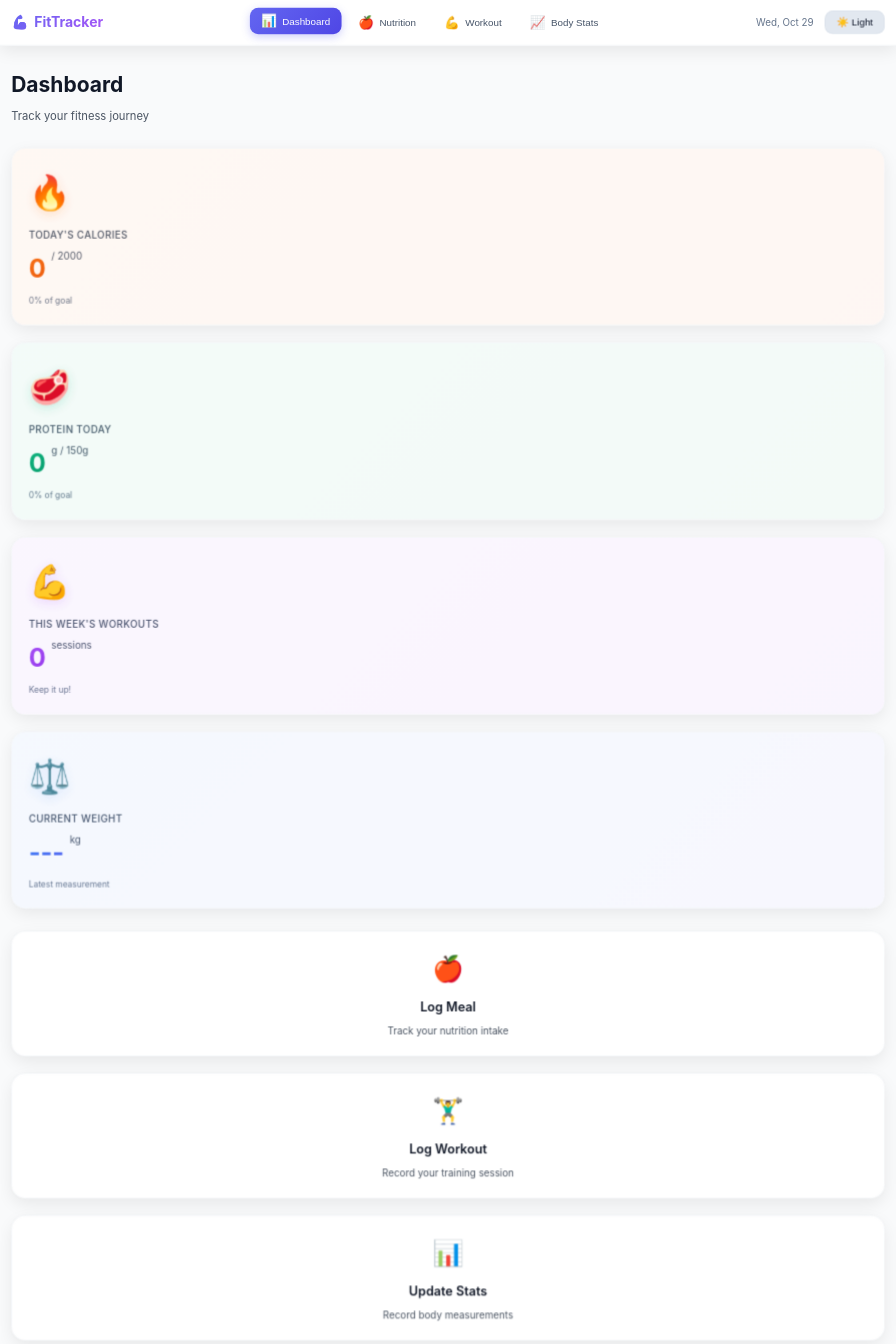
Repository: Apoorv888/Fitness-App
Page: /
An editor plug-in stored every save of this project. The page is shown before and after the next save, followed by the edit.
The browser window is 1280 px wide. The pictures show the part of the page from y = 0 to 1920 px (the page is 2963 px tall before and 3033 px after), at 70% of full size.
Backgrounds fixed to the window are drawn as part of the page. The project was rebuilt for these pictures with package versions that can differ from the ones it lists, and the page was loaded fresh each time. Also part of the build but not shown: vite.config.ts, src/components/MealForm.tsx, src/components/MealList.tsx, src/components/GoalsForm.tsx, src/components/NutritionCharts.tsx, src/pages/Nutrition.tsx, src/components/WorkoutForm.tsx, src/components/WorkoutList.tsx and 9 more.

Above is the page before, as saved 2025-10-31 19:55:39.

### index.html
<!doctype html>
<html lang="en">
  <head>
    <meta charset="UTF-8" />
    <link rel="icon" type="image/svg+xml" href="/vite.svg" />
    <meta name="viewport" content="width=device-width, initial-scale=1.0" />
    <title>fitness-app</title>
  </head>
  <body>
    <div id="root"></div>
    <script type="module" src="/src/main.tsx"></script>
  </body>
</html>

### src/main.tsx
import { StrictMode, useEffect } from 'react'
import { createRoot } from 'react-dom/client'
import './index.css'
import App from './App.tsx'
import { useMealStore } from './store/mealStore'
import { useWorkoutStore } from './store/workoutStore'
import { useBodyStatsStore } from './store/bodyStatsStore'
import { useGoalsStore } from './store/goalsStore'

function Boot() {
  const { loadMeals } = useMealStore();
  const { loadWorkouts } = useWorkoutStore();
  const { loadBodyStats } = useBodyStatsStore();
  const { loadGoals } = useGoalsStore();

  useEffect(() => {
    loadMeals();
    loadWorkouts();
    loadBodyStats();
    loadGoals();
  }, []);

  return <App />;
}

createRoot(document.getElementById('root')!).render(
  <StrictMode>
    <Boot />
  </StrictMode>,
)

### src/App.tsx
import React, { useState } from 'react';
import { Navbar } from './components/Navbar';
import { Dashboard } from './pages/Dashboard';
import { Nutrition } from './pages/Nutrition';
import { Workout } from './pages/Workout';
import { BodyStats } from './pages/BodyStats';
import './App.css';

function App() {
  const [activeTab, setActiveTab] = useState('dashboard');

  // Listen for external navigation requests (CustomEvent 'request-nav')
  React.useEffect(() => {
    const handler = (e: any) => {
      const tab = e?.detail?.tab;
      if (tab) setActiveTab(tab);
    };
    window.addEventListener('request-nav', handler as EventListener);
    return () => window.removeEventListener('request-nav', handler as EventListener);
  }, []);

  const renderActiveTab = () => {
    switch (activeTab) {
      case 'dashboard':
        return <Dashboard />;
      case 'nutrition':
        return <Nutrition />;
      case 'workout':
        return <Workout />;
      case 'stats':
        return <BodyStats />;
      default:
        return <Dashboard />;
    }
  };

  return (
    <div className="min-h-screen bg-gray-50">
      <Navbar activeTab={activeTab} onTabChange={setActiveTab} />
      <main>
        {renderActiveTab()}
      </main>
    </div>
  );
}

export default App;

### src/store/mealStore.ts
import { create } from 'zustand';
import { v4 as uuidv4 } from 'uuid';
import type { Meal } from '../types';
import { saveToStorage, loadFromStorage } from '../utils/helpers';
import { STORAGE_KEYS } from '../utils/constants';

interface MealStore {
  meals: Meal[];
  addMeal: (meal: Omit<Meal, 'id' | 'createdAt'>) => void;
  deleteMeal: (id: string) => void;
  updateMeal: (id: string, updates: Partial<Meal>) => void;
  getMealsByDate: (date: string) => Meal[];
  getTodayMacros: () => { calories: number; protein: number; carbs: number; fat: number };
  loadMeals: () => void;
}

export const useMealStore = create<MealStore>((set, get) => ({
  meals: [],

  addMeal: (mealData) => {
    const newMeal: Meal = {
      ...mealData,
      id: uuidv4(),
      createdAt: new Date(),
    };

    const updatedMeals = [...get().meals, newMeal];
    set({ meals: updatedMeals });
    saveToStorage(STORAGE_KEYS.MEALS, updatedMeals);
  },

  deleteMeal: (id) => {
    const updatedMeals = get().meals.filter(meal => meal.id !== id);
    set({ meals: updatedMeals });
    saveToStorage(STORAGE_KEYS.MEALS, updatedMeals);
  },

  updateMeal: (id, updates) => {
    const updatedMeals = get().meals.map(meal =>
      meal.id === id ? { ...meal, ...updates } : meal
    );
    set({ meals: updatedMeals });
    saveToStorage(STORAGE_KEYS.MEALS, updatedMeals);
  },

  getMealsByDate: (date) => {
    return get().meals.filter(meal => meal.date === date);
  },

  getTodayMacros: () => {
    const today = new Date().toISOString().split('T')[0];
    const todayMeals = get().getMealsByDate(today);

    return todayMeals.reduce(
      (totals, meal) => ({
        calories: totals.calories + meal.calories,
        protein: totals.protein + meal.protein,
        carbs: totals.carbs + meal.carbs,
        fat: totals.fat + meal.fat,
      }),
      { calories: 0, protein: 0, carbs: 0, fat: 0 }
    );
  },

  loadMeals: () => {
    const storedMeals = loadFromStorage(STORAGE_KEYS.MEALS);
    if (storedMeals) {
      set({ meals: storedMeals });
    }
  },
}));

### src/store/workoutStore.ts
import { create } from 'zustand';
import { v4 as uuidv4 } from 'uuid';
import type { Workout } from '../types';
import { saveToStorage, loadFromStorage } from '../utils/helpers';
import { STORAGE_KEYS } from '../utils/constants';

interface WorkoutStore {
  workouts: Workout[];
  addWorkout: (workout: Omit<Workout, 'id' | 'createdAt'>) => void;
  deleteWorkout: (id: string) => void;
  updateWorkout: (id: string, updates: Partial<Workout>) => void;
  getWorkoutsByDate: (date: string) => Workout[];
  getWorkoutsByWeek: (startDate: string) => Workout[];
  loadWorkouts: () => void;
}

export const useWorkoutStore = create<WorkoutStore>((set, get) => ({
  workouts: [],

  addWorkout: (workoutData) => {
    const newWorkout: Workout = {
      ...workoutData,
      id: uuidv4(),
      createdAt: new Date(),
    };

    const updatedWorkouts = [...get().workouts, newWorkout];
    set({ workouts: updatedWorkouts });
    saveToStorage(STORAGE_KEYS.WORKOUTS, updatedWorkouts);
  },

  deleteWorkout: (id) => {
    const updatedWorkouts = get().workouts.filter(workout => workout.id !== id);
    set({ workouts: updatedWorkouts });
    saveToStorage(STORAGE_KEYS.WORKOUTS, updatedWorkouts);
  },

  updateWorkout: (id, updates) => {
    const updatedWorkouts = get().workouts.map(workout =>
      workout.id === id ? { ...workout, ...updates } : workout
    );
    set({ workouts: updatedWorkouts });
    saveToStorage(STORAGE_KEYS.WORKOUTS, updatedWorkouts);
  },

  getWorkoutsByDate: (date) => {
    return get().workouts.filter(workout => workout.date === date);
  },

  getWorkoutsByWeek: (startDate) => {
    const start = new Date(startDate);
    const end = new Date(start);
    end.setDate(start.getDate() + 6);

    return get().workouts.filter(workout => {
      const workoutDate = new Date(workout.date);
      return workoutDate >= start && workoutDate <= end;
    });
  },

  loadWorkouts: () => {
    const storedWorkouts = loadFromStorage(STORAGE_KEYS.WORKOUTS);
    if (storedWorkouts) {
      set({ workouts: storedWorkouts });
    }
  },
}));

### src/store/goalsStore.ts
import { create } from 'zustand';
import type { UserGoals } from '../types';
import { saveToStorage, loadFromStorage } from '../utils/helpers';
import { STORAGE_KEYS } from '../utils/constants';

interface UserGoalsStore {
  goals: UserGoals;
  updateGoals: (updates: Partial<UserGoals>) => void;
  loadGoals: () => void;
}

const defaultGoals: UserGoals = {
  dailyCalories: 2000,
  dailyProtein: 150,
  dailyCarbs: 200,
  dailyFat: 65,
  activityLevel: 1.375, // Lightly active
  goal: 'maintain',
};

export const useGoalsStore = create<UserGoalsStore>((set, get) => ({
  goals: defaultGoals,

  updateGoals: (updates) => {
    const updatedGoals = { ...get().goals, ...updates };
    set({ goals: updatedGoals });
    saveToStorage(STORAGE_KEYS.USER_GOALS, updatedGoals);
  },

  loadGoals: () => {
    const storedGoals = loadFromStorage(STORAGE_KEYS.USER_GOALS);
    if (storedGoals) {
      set({ goals: { ...defaultGoals, ...storedGoals } });
    }
  },
}));

### src/pages/Dashboard.tsx
import React, { useEffect } from 'react';
import { StatCard } from '../components/StatCard';
import { useMealStore } from '../store/mealStore';
import { useWorkoutStore } from '../store/workoutStore';
import { useBodyStatsStore } from '../store/bodyStatsStore';
import { useGoalsStore } from '../store/goalsStore';
import { getWeekDays } from '../utils/helpers';
import { WorkoutHeatmap } from '../components/WorkoutHeatmap';
import { ExportImport } from '../components/ExportImport';
import { ExportCSV } from '../components/ExportCSV';

export const Dashboard: React.FC = () => {
  const { getTodayMacros, loadMeals } = useMealStore();
  const { workouts, loadWorkouts } = useWorkoutStore();
  const { getLatestWeight, getWeightTrend, loadBodyStats } = useBodyStatsStore();
  const { goals, loadGoals } = useGoalsStore();

  useEffect(() => {
    loadMeals();
    loadWorkouts();
    loadBodyStats();
    loadGoals();
  }, [loadMeals, loadWorkouts, loadBodyStats, loadGoals]);

  const todayMacros = getTodayMacros();
  const currentWeight = getLatestWeight();
  const weightTrend = getWeightTrend();

  // Calculate this week's workouts
  const today = new Date();
  const weekDays = getWeekDays(today);
  const weekWorkouts = workouts.filter(workout => {
    const workoutDate = new Date(workout.date);
    return workoutDate >= weekDays[0] && workoutDate <= weekDays[6];
  }).length;

  // Weekly aggregates (last 7 days)
  const mealsForWeek = useMealStore.getState().meals.filter(m => {
    const d = new Date(m.date);
    return d >= weekDays[0] && d <= weekDays[6];
  });
  const weekCalories = mealsForWeek.reduce((s, m) => s + (m.calories || 0), 0);

  const calorieProgress = Math.round((todayMacros.calories / goals.dailyCalories) * 100);
  const proteinProgress = Math.round((todayMacros.protein / goals.dailyProtein) * 100);

  return (
    <div className="max-w-7xl mx-auto px-4 sm:px-6 lg:px-8 py-8">
      <div className="mb-8">
        <h1 className="text-3xl font-bold text-gray-900">Dashboard</h1>
        <p className="text-gray-600 mt-2">Track your fitness journey</p>
      </div>

      {/* Quick Stats Grid */}
      <div className="grid grid-cols-1 md:grid-cols-2 lg:grid-cols-4 gap-6 mb-8">
        <StatCard
          title="Today's Calories"
          value={todayMacros.calories}
          unit={`/ ${goals.dailyCalories}`}
          icon="🔥"
          subtitle={`${calorieProgress}% of goal`}
          color="orange"
        />

        <StatCard
          title="Protein Today"
          value={todayMacros.protein}
          unit={`g / ${goals.dailyProtein}g`}
          icon="🥩"
          subtitle={`${proteinProgress}% of goal`}
          color="green"
        />

        <StatCard
          title="This Week's Workouts"
          value={weekWorkouts}
          unit="sessions"
          icon="💪"
          subtitle="Keep it up!"
          color="purple"
        />

        <StatCard
          title="Current Weight"
          value={currentWeight || '---'}
          unit="kg"
          icon="⚖️"
          trend={currentWeight ? weightTrend : undefined}
          subtitle="Latest measurement"
          color="blue"
        />
      </div>

      {/* Quick Actions */}
      <div className="grid grid-cols-1 md:grid-cols-3 gap-6 mb-8">
        <div className="card hover:shadow-md transition-shadow cursor-pointer">
          <div className="text-center">
            <div className="text-4xl mb-3">🍎</div>
            <h3 className="text-lg font-semibold text-gray-900 mb-2">Log Meal</h3>
            <p className="text-gray-600 text-sm">Track your nutrition intake</p>
          </div>
        </div>

        <div className="card hover:shadow-md transition-shadow cursor-pointer">
          <div className="text-center">
            <div className="text-4xl mb-3">🏋️‍♂️</div>
            <h3 className="text-lg font-semibold text-gray-900 mb-2">Log Workout</h3>
            <p className="text-gray-600 text-sm">Record your training session</p>
          </div>
        </div>

        <div className="card hover:shadow-md transition-shadow cursor-pointer">
          <div className="text-center">
            <div className="text-4xl mb-3">📊</div>
            <h3 className="text-lg font-semibold text-gray-900 mb-2">Update Stats</h3>
            <p className="text-gray-600 text-sm">Record body measurements</p>
          </div>
        </div>
      </div>

      {/* Progress Summary */}
      <div className="card">
        <h3 className="text-lg font-semibold text-gray-900 mb-4">Today's Progress</h3>

        <div className="space-y-4">
          {/* Calories Progress Bar */}
          <div>
            <div className="flex justify-between text-sm text-gray-600 mb-1">
              <span>Calories</span>
              <span>{todayMacros.calories} / {goals.dailyCalories}</span>
            </div>
            <div className="w-full bg-gray-200 rounded-full h-2">
              <div
                className="bg-orange-500 h-2 rounded-full transition-all duration-300"
                style={{ width: `${Math.min(calorieProgress, 100)}%` }}
              ></div>
            </div>
          </div>

          {/* Protein Progress Bar */}
          <div>
            <div className="flex justify-between text-sm text-gray-600 mb-1">
              <span>Protein</span>
              <span>{todayMacros.protein}g / {goals.dailyProtein}g</span>
            </div>
            <div className="w-full bg-gray-200 rounded-full h-2">
              <div
                className="bg-green-500 h-2 rounded-full transition-all duration-300"
                style={{ width: `${Math.min(proteinProgress, 100)}%` }}
              ></div>
            </div>
          </div>

          {/* Carbs Progress Bar */}
          <div>
            <div className="flex justify-between text-sm text-gray-600 mb-1">
              <span>Carbs</span>
              <span>{todayMacros.carbs}g / {goals.dailyCarbs}g</span>
            </div>
            <div className="w-full bg-gray-200 rounded-full h-2">
              <div
                className="bg-blue-500 h-2 rounded-full transition-all duration-300"
                style={{ width: `${Math.min((todayMacros.carbs / goals.dailyCarbs) * 100, 100)}%` }}
              ></div>
            </div>
          </div>

          {/* Fat Progress Bar */}
          <div>
            <div className="flex justify-between text-sm text-gray-600 mb-1">
              <span>Fat</span>
              <span>{todayMacros.fat}g / {goals.dailyFat}g</span>
            </div>
            <div className="w-full bg-gray-200 rounded-full h-2">
              <div
                className="bg-purple-500 h-2 rounded-full transition-all duration-300"
                style={{ width: `${Math.min((todayMacros.fat / goals.dailyFat) * 100, 100)}%` }}
              ></div>
            </div>
          </div>
        </div>
      </div>

      <div className="mt-6 grid grid-cols-1 lg:grid-cols-3 gap-6">
        <div className="lg:col-span-2">
          <WorkoutHeatmap days={90} />
        </div>

        <div className="space-y-6">
          <div className="card">
            <h3 className="text-lg font-semibold mb-2">Last 7 days summary</h3>
            <div className="text-sm text-gray-600">Calories: <span className="font-semibold">{weekCalories}</span></div>
            <div className="text-sm text-gray-600">Workouts: <span className="font-semibold">{weekWorkouts}</span></div>
          </div>

          <ExportImport />
          <div className="mt-4">
            <ExportCSV />
          </div>
        </div>
      </div>
    </div>
  );
};

### src/utils/helpers.ts
// Date utilities
import { format, startOfWeek, endOfWeek, eachDayOfInterval, isToday } from 'date-fns';

export const formatDate = (date: Date) => format(date, 'yyyy-MM-dd');
export const formatDisplayDate = (date: Date) => format(date, 'MMM dd, yyyy');
export const formatTime = (date: Date) => format(date, 'HH:mm');

export const getWeekDays = (date: Date) => {
  const start = startOfWeek(date, { weekStartsOn: 1 }); // Monday
  const end = endOfWeek(date, { weekStartsOn: 1 });
  return eachDayOfInterval({ start, end });
};

export const isTodayDate = (date: Date) => isToday(date);

// Calculate BMI
export const calculateBMI = (weight: number, height: number) => {
  return (weight / (height * height)) * 10000; // height in cm
};

// Calculate calories needed for goal
export const calculateCalorieGoal = (
  weight: number,
  height: number,
  age: number,
  gender: 'male' | 'female',
  activityLevel: number,
  goal: 'lose' | 'maintain' | 'gain'
) => {
  // Mifflin-St Jeor Equation
  let bmr;
  if (gender === 'male') {
    bmr = 10 * weight + 6.25 * height - 5 * age + 5;
  } else {
    bmr = 10 * weight + 6.25 * height - 5 * age - 161;
  }

  const tdee = bmr * activityLevel;

  switch (goal) {
    case 'lose':
      return Math.round(tdee - 500); // 1 lb per week
    case 'gain':
      return Math.round(tdee + 500); // 1 lb per week
    default:
      return Math.round(tdee);
  }
};

// Format numbers
export const formatNumber = (num: number, decimals: number = 1) => {
  return Number(num.toFixed(decimals));
};

// Local storage helpers
export const saveToStorage = (key: string, data: any) => {
  localStorage.setItem(key, JSON.stringify(data));
};

export const loadFromStorage = (key: string) => {
  const stored = localStorage.getItem(key);
  return stored ? JSON.parse(stored) : null;
};

### src/utils/constants.ts
// App constants
export const STORAGE_KEYS = {
  MEALS: 'fitness-app-meals',
  WORKOUTS: 'fitness-app-workouts',
  BODY_STATS: 'fitness-app-body-stats',
  USER_GOALS: 'fitness-app-user-goals',
} as const;

export const ACTIVITY_LEVELS = {
  SEDENTARY: 1.2,
  LIGHTLY_ACTIVE: 1.375,
  MODERATELY_ACTIVE: 1.55,
  VERY_ACTIVE: 1.725,
  EXTREMELY_ACTIVE: 1.9,
} as const;

export const WORKOUT_TYPES = [
  'Push',
  'Pull',
  'Legs',
  'Upper',
  'Lower',
  'Full Body',
  'Cardio',
  'Rest',
] as const;

export const MEAL_TYPES = [
  'Breakfast',
  'Lunch',
  'Dinner',
  'Snack',
] as const;

export const DEFAULT_MACRO_RATIOS = {
  protein: 0.3,
  carbs: 0.4,
  fat: 0.3,
} as const;

export const BODY_MEASUREMENT_TYPES = [
  'weight',
  'bodyFat',
  'muscle',
  'waist',
  'chest',
  'arms',
  'thighs',
] as const;

export type WorkoutType = typeof WORKOUT_TYPES[number];
export type MealType = typeof MEAL_TYPES[number];
export type BodyMeasurementType = typeof BODY_MEASUREMENT_TYPES[number];

### src/hooks/useTheme.ts
import { useEffect, useState } from 'react';

const STORAGE_KEY = 'fitness-app-theme';

export const useTheme = () => {
  const [theme, setTheme] = useState<'light' | 'dark'>(() => {
    try {
      const stored = localStorage.getItem(STORAGE_KEY);
      if (stored === 'dark' || stored === 'light') return stored;
    } catch (_) {}
    // default follow prefers-color-scheme
    if (typeof window !== 'undefined' && window.matchMedia && window.matchMedia('(prefers-color-scheme: dark)').matches) {
      return 'dark';
    }
    return 'light';
  });

  useEffect(() => {
    try { localStorage.setItem(STORAGE_KEY, theme); } catch (_) {}
    if (theme === 'dark') {
      document.documentElement.setAttribute('data-theme', 'dark');
    } else {
      document.documentElement.removeAttribute('data-theme');
    }
  }, [theme]);

  const toggle = () => setTheme(t => t === 'dark' ? 'light' : 'dark');

  return { theme, setTheme, toggle } as const;
};

Loaded but not shown: src/index.css (388 lines, source omitted); src/components/Navbar.tsx (131 lines, source omitted); src/components/ExportImport.tsx (94 lines, source omitted); src/components/WorkoutHeatmap.tsx (96 lines, source omitted); src/components/StatCard.tsx (115 lines, source omitted); src/components/ExportCSV.tsx (49 lines, source omitted); src/store/bodyStatsStore.ts (75 lines, source omitted)

After the next save:
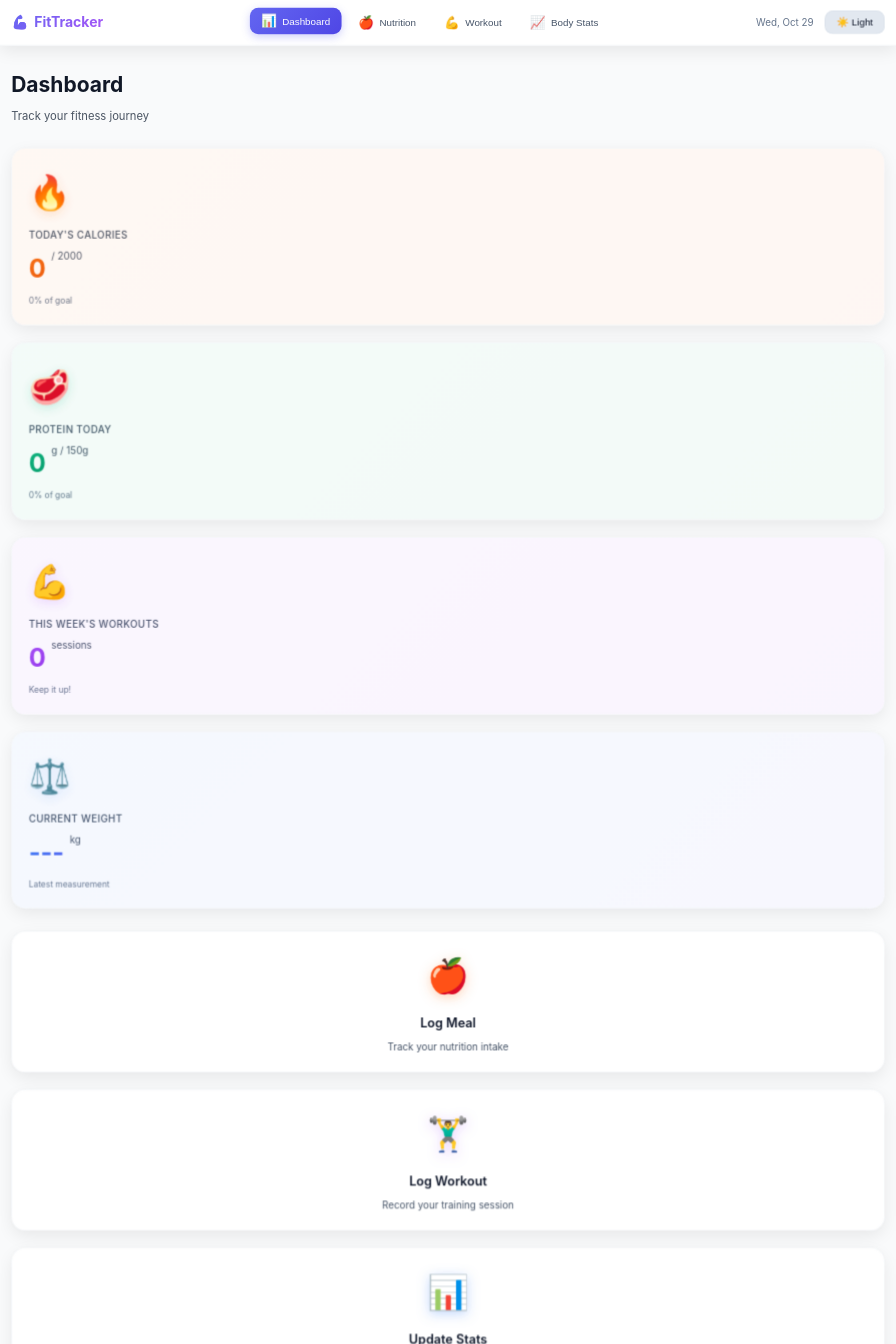
Saved 30 s later.
--- a/src/pages/Dashboard.tsx
+++ b/src/pages/Dashboard.tsx
@@ -93,28 +93,34 @@ export const Dashboard: React.FC = () => {
 
       {/* Quick Actions */}
       <div className="grid grid-cols-1 md:grid-cols-3 gap-6 mb-8">
-        <div className="card hover:shadow-md transition-shadow cursor-pointer">
-          <div className="text-center">
-            <div className="text-4xl mb-3">🍎</div>
-            <h3 className="text-lg font-semibold text-gray-900 mb-2">Log Meal</h3>
-            <p className="text-gray-600 text-sm">Track your nutrition intake</p>
-          </div>
-        </div>
-
-        <div className="card hover:shadow-md transition-shadow cursor-pointer">
-          <div className="text-center">
-            <div className="text-4xl mb-3">🏋️‍♂️</div>
-            <h3 className="text-lg font-semibold text-gray-900 mb-2">Log Workout</h3>
-            <p className="text-gray-600 text-sm">Record your training session</p>
-          </div>
-        </div>
-
-        <div className="card hover:shadow-md transition-shadow cursor-pointer">
-          <div className="text-center">
-            <div className="text-4xl mb-3">📊</div>
-            <h3 className="text-lg font-semibold text-gray-900 mb-2">Update Stats</h3>
-            <p className="text-gray-600 text-sm">Record body measurements</p>
-          </div>
+        <div
+          className="card cursor-pointer"
+          style={{ textAlign: 'center' }}
+          onClick={() => onTabChange('nutrition')}
+        >
+          <div style={{ fontSize: '48px', marginBottom: '16px', filter: 'drop-shadow(0 4px 8px rgba(249, 115, 22, 0.3))' }}>🍎</div>
+          <h3 className="text-lg font-semibold mb-2" style={{ color: 'var(--text)' }}>Log Meal</h3>
+          <p className="text-sm" style={{ color: 'var(--text-secondary)' }}>Track your nutrition intake</p>
+        </div>
+
+        <div
+          className="card cursor-pointer"
+          style={{ textAlign: 'center' }}
+          onClick={() => onTabChange('workout')}
+        >
+          <div style={{ fontSize: '48px', marginBottom: '16px', filter: 'drop-shadow(0 4px 8px rgba(168, 85, 247, 0.3))' }}>🏋️‍♂️</div>
+          <h3 className="text-lg font-semibold mb-2" style={{ color: 'var(--text)' }}>Log Workout</h3>
+          <p className="text-sm" style={{ color: 'var(--text-secondary)' }}>Record your training session</p>
+        </div>
+
+        <div
+          className="card cursor-pointer"
+          style={{ textAlign: 'center' }}
+          onClick={() => onTabChange('stats')}
+        >
+          <div style={{ fontSize: '48px', marginBottom: '16px', filter: 'drop-shadow(0 4px 8px rgba(59, 130, 246, 0.3))' }}>📊</div>
+          <h3 className="text-lg font-semibold mb-2" style={{ color: 'var(--text)' }}>Update Stats</h3>
+          <p className="text-sm" style={{ color: 'var(--text-secondary)' }}>Record body measurements</p>
         </div>
       </div>
 
